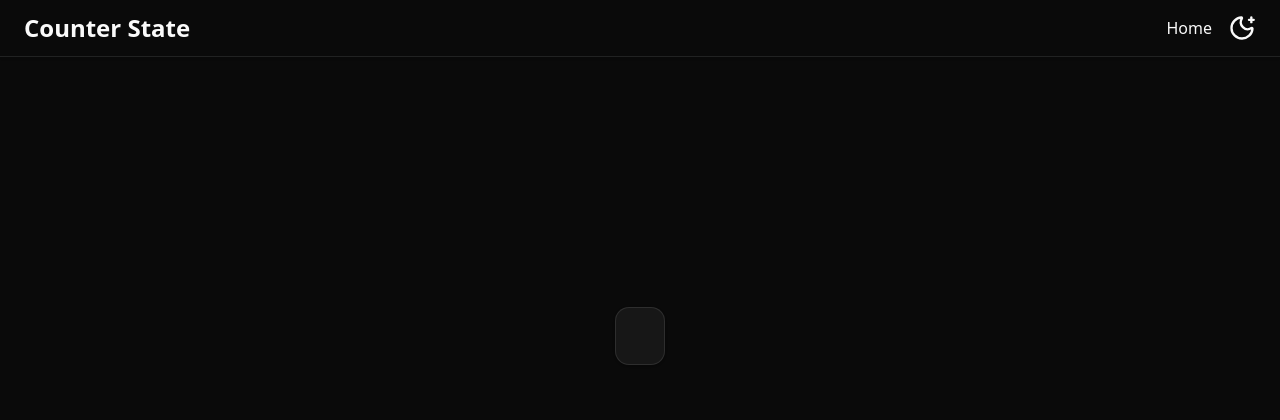
Repository: dev-piyushsarkar/counter-state-project
Page: /
The author's editor kept a copy of each file at every save. The page is drawn from the files as they stood at one save, then again after the next save.
The browser window is 1280 px wide. The pictures show the whole page.
The project was rebuilt for these pictures with package versions that can differ from the ones it lists, and the page was loaded fresh each time. The framework's server and built-in components were replaced by stand-ins that run in the browser. Also part of the build but not shown: next.config.ts.

Above is the page before, as saved 2025-11-15 13:21:13.

After the next save:
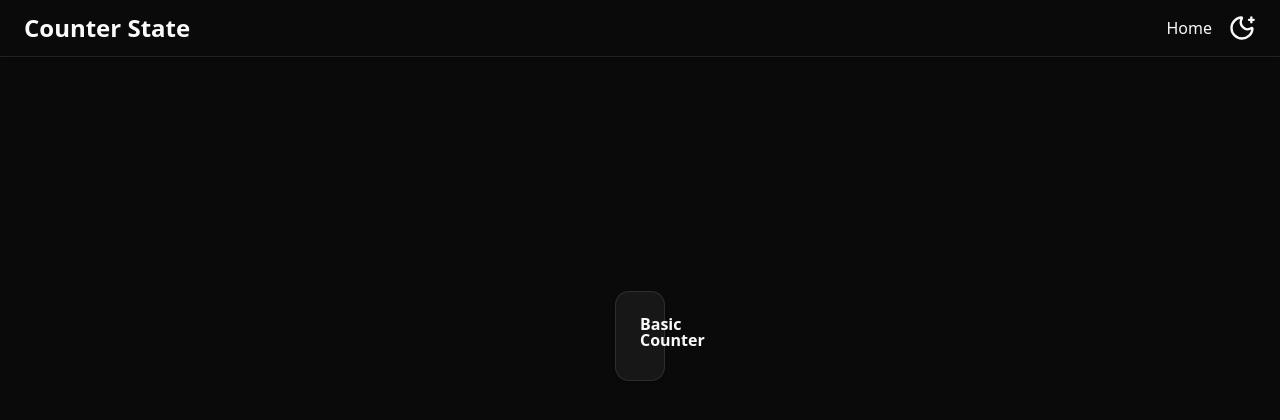
Saved 6 min 27 s later.
--- a/src/app/page.tsx
+++ b/src/app/page.tsx
@@ -9,9 +9,9 @@ export const metadata: Metadata = {
 const page = () => {
 	return (
 		<section className="grid h-[90dvh] place-items-center">
-			<Card>
+			<Card className="">
 				<CardHeader>
-					<CardTitle></CardTitle>
+					<CardTitle>Basic Counter</CardTitle>
 				</CardHeader>
 			</Card>
 		</section>
